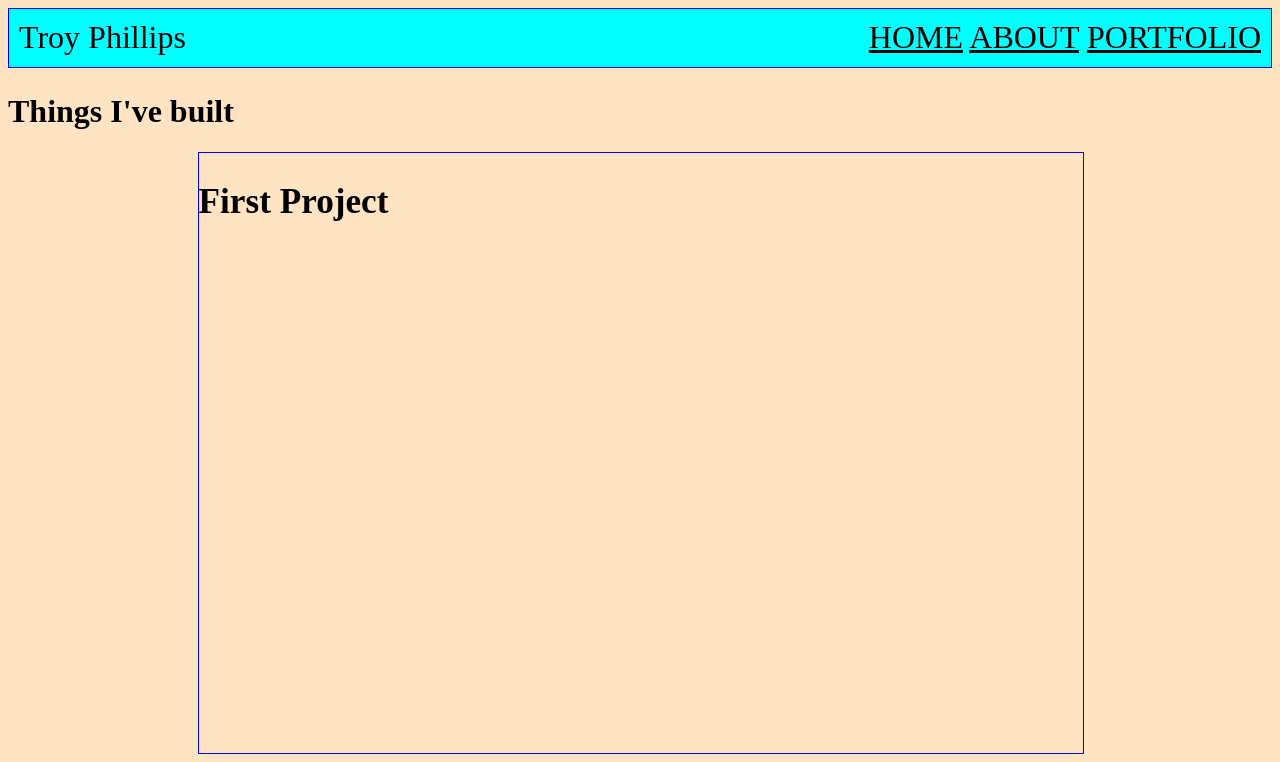
Repository: TheTroyPhillips/Personal-website
Page: portfolio.html
These files come from the project's save history. The page is drawn as it stood at one moment and after a run of saves; the edit follows.
The browser window is 1280 px wide. The pictures show the whole page.

Above is the page before, as saved 2023-09-10 22:34:43.

### portfolio.html
<!DOCTYPE html>
<html lang="en">
<head>
    <meta charset="UTF-8">
    <meta name="viewport" content="width=device-width, initial-scale=1.0">
    <title>Document</title>
    <link rel="stylesheet" href="style.css">
</head>
<body>

    <div class="parent">
        <div class="child">
            <span class="myname">Troy Phillips</span>
        <nav class="pages">
            <a class="active" href="/">HOME</a>
            <a href="/about.html">ABOUT</a>
            <a href="/portfolio.html">PORTFOLIO</a>
        </div>
        <h1>Things I've built</h1>
        <div class="childc">
            <h2 class="two">First Project</h2>
        </div>

### style.css
.child{
    width: 100%;
    height: 60px;
    border: 1px solid blue;
    display: inline-block;
    box-sizing: border-box;
    background-color: aqua;
    padding: 10px;
}
.childb{
    width: 70%;
    height: 600px;
    border: 1px solid blue
}
.myname{
    float: left;
    font-size: 2rem;
}
.pages{
    float: right;
    font-size: 2rem;
}
.pages a.active{
    color: inherit;
}
.pages a{
    color: inherit;
}
body{
    background-color: bisque;
}
main{
    text-align: center;
    margin-left: 5%;
    margin-right: 5%;
    font-size: 1.8rem;
}
p{
    text-align: center;
    font-size: 2.5rem;
    font-family: Verdana, Geneva, Tahoma, sans-serif;
    margin: 130px;
}
.pa{
    margin: 10px;
}
h2{
    font-size: 3rem;
}
.childc{
    width: 70%;
    height: 600px;
    border: 1px solid blue;
    margin-left: 15%;
}
.two{
    font-size: 2.2rem;
}

After the next 2 saves:
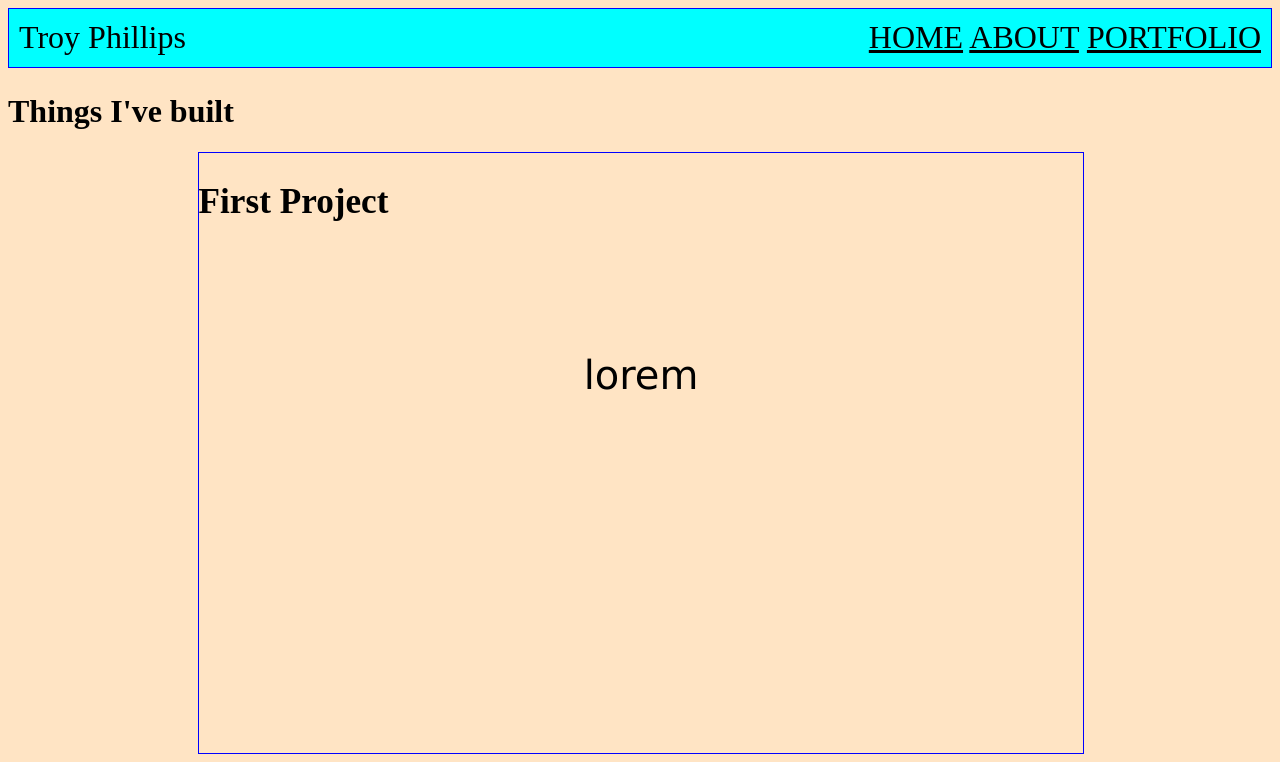
The 2 saves are shown as one change because they came seconds apart.
The last was saved 13 s later.
--- a/portfolio.html
+++ b/portfolio.html
@@ -19,4 +19,5 @@
         <h1>Things I've built</h1>
         <div class="childc">
             <h2 class="two">First Project</h2>
+            <p>lorem</p>
         </div>
